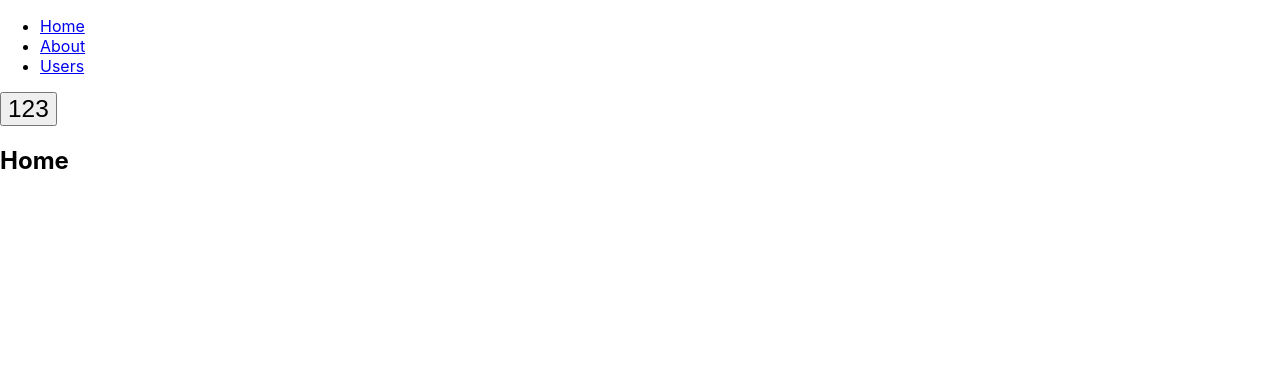
Repository: KouSum/km-vite-react
Page: /
These files come from the project's save history. The page is drawn as it stood at one moment and after the next save; the edit follows.
The browser window is 1280 px wide. The pictures show the whole page.
The project was rebuilt for these pictures with package versions that can differ from the ones it lists, and the page was loaded fresh each time. Also part of the build but not shown: vite.config.ts.

Above is the page before, as saved 2021-03-06 20:42:52.

### src/main.tsx
import React from 'react'
import ReactDOM from 'react-dom'
import {
  BrowserRouter as Router,
  Switch,
  Route,
  Link,HashRouter
} from "react-router-dom";
import './index.css'
import App from './App'

ReactDOM.render(
  <React.StrictMode>
    <App />
  </React.StrictMode>,
  document.getElementById('root')
)

### src/App.tsx
import React, { useState } from 'react'
import {
  BrowserRouter as Router,
  Switch,
  Route,
  Link
} from "react-router-dom";
import {
  Button
} from "antd";
import './App.css'





export default function App2() {
  return (
    <Router>
      <div>
        <nav>
          <ul>
            <li>
              <Link to="/">Home</Link>
            </li>
            <li>
              <Link to="/about">About</Link>
            </li>
            <li>
              <Link to="/users">Users</Link>
            </li>
          </ul>
        </nav>

        <Button >123</Button>
        {/* A <Switch> looks through its children <Route>s and
            renders the first one that matches the current URL. */}
        <Switch>
          <Route path="/about">
            <About />
          </Route>
          <Route path="/users">
            <Users />
          </Route>
          <Route path="/">
            <Home />
          </Route>
        </Switch>
      </div>
    </Router>
  );
}

function Home() {
  return <h2>Home</h2>;
}

function About() {
  return <h2>About</h2>;
}

function Users() {
  return <h2>Users</h2>;
}

Loaded but not shown: index.html (common file); src/index.css (common file); src/App.css (common file)

After the next save:
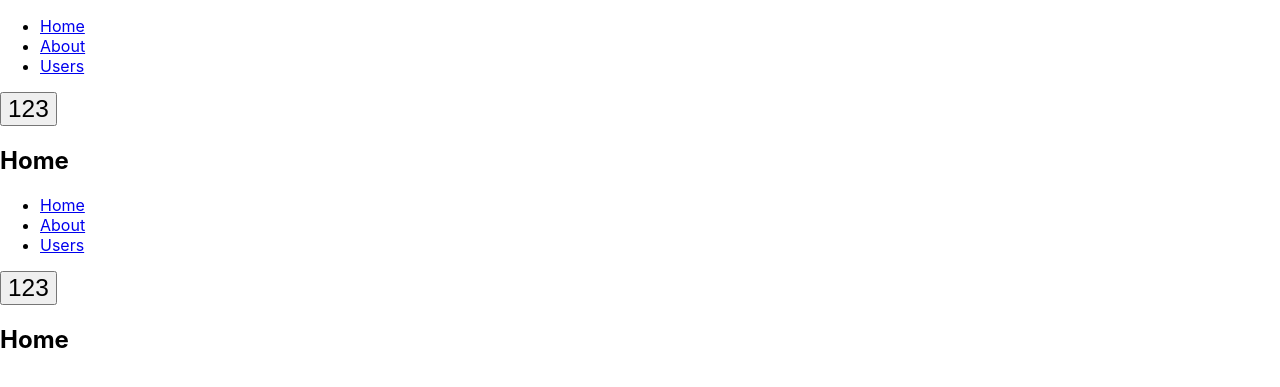
Saved 37 s later.
--- a/src/main.tsx
+++ b/src/main.tsx
@@ -11,6 +11,9 @@ import App from './App'
 
 ReactDOM.render(
   <React.StrictMode>
+  <HashRouter >
+    <Route path="/" component={App}></Route>
+  </HashRouter>
     <App />
   </React.StrictMode>,
   document.getElementById('root')
